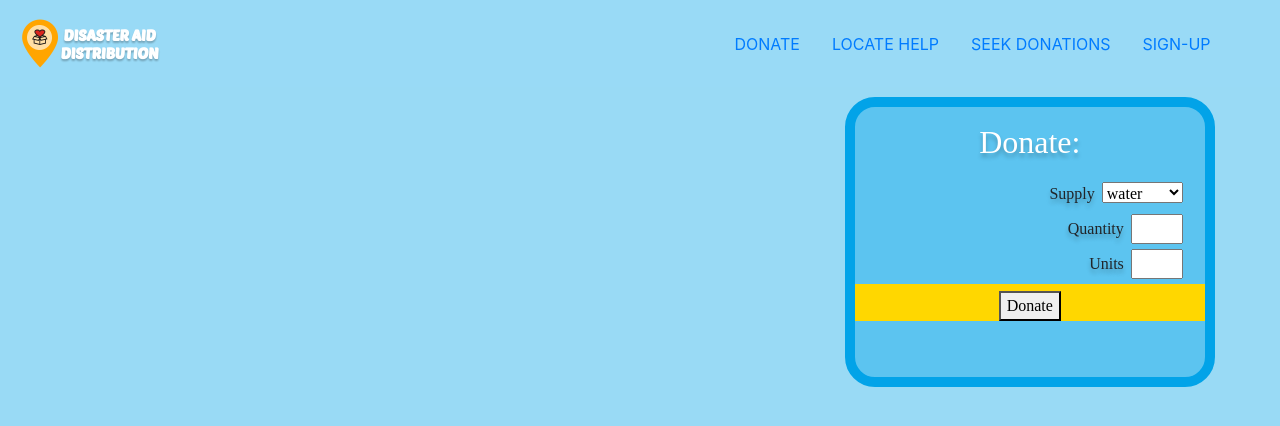
Repository: uprm-inso-4115-2019-2020-S2/semester-project-inso4115-DisasterAid-backend
Page: /donate-modal (app in disaster-aid/)
These files come from the project's save history. The page is drawn as it stood at one moment and after the next save; the edit follows.
The browser window is 1280 px wide. The pictures show the whole page.
The project was rebuilt for these pictures with package versions that can differ from the ones it lists, and the page was loaded fresh each time. Also part of the build but not shown: disaster-aid/angular.json, disaster-aid/src/app/login/login.component.ts, disaster-aid/src/app/register/register.component.ts, disaster-aid/src/app/home/home.component.ts, disaster-aid/src/app/landing-page/landing-page.component.ts, disaster-aid/src/app/donations/donations.component.ts, disaster-aid/src/app/donations.service.ts.

Above is the page before, as saved 2020-05-08 04:31:45.

### disaster-aid/src/index.html
<!doctype html>
<html lang="en">
<head>
  <meta charset="utf-8">
  <title>DisasterAid</title>
  <base href="/">
  <meta name="viewport" content="width=device-width, initial-scale=1">
  <link rel="icon" type="image/x-icon" href="favicon.ico">
</head>
<body>
  <app-root></app-root>
</body>
</html>

### disaster-aid/src/styles.css
/* You can add global styles to this file, and also import other style files */

html { background-color:rgba(2, 163, 232, 0.4); }

### disaster-aid/src/app/app.module.ts
import { BrowserModule } from '@angular/platform-browser';
import { NgModule } from '@angular/core';
import { FormsModule, ReactiveFormsModule } from '@angular/forms';



import { AppRoutingModule } from './app-routing.module';
import { AppComponent } from './app.component';
import { RegisterComponent } from './register/register.component';
import { LoginComponent } from './login/login.component';
import { HttpClientModule } from '@angular/common/http';
import { HomeComponent } from './home/home.component'
import { UserApiService } from './userapi.service';
import { LandingPageComponent } from './landing-page/landing-page.component';
import { DonationsComponent } from './donations/donations.component';


@NgModule({
  declarations: [
    AppComponent,
    RegisterComponent,
    LoginComponent,
    HomeComponent,
    LandingPageComponent,
    DonationsComponent,
  ],
  imports: [
    BrowserModule,
    AppRoutingModule,
    FormsModule,
    ReactiveFormsModule,
    HttpClientModule
  ],
  providers: [UserApiService],
  bootstrap: [AppComponent]
})
export class AppModule { }

### disaster-aid/src/app/app-routing.module.ts
import { NgModule } from '@angular/core';
import { Routes, RouterModule } from '@angular/router';
import {LoginComponent} from './login/login.component';
import { RegisterComponent } from './register/register.component';
import { HomeComponent } from './home/home.component';
import { LandingPageComponent } from './landing-page/landing-page.component';
import { DonationsComponent } from './donations/donations.component';
import { DonateModalComponent} from './donate-modal/donate-modal.component';


const routes: Routes = [
  { path: '', redirectTo: '/landing_page', pathMatch: 'full'}, //Make home the default landing page
  { path: 'register', component: RegisterComponent},
  { path: 'login', component: LoginComponent },
  { path: 'home', component: HomeComponent},
  { path: 'landing_page', component: LandingPageComponent },
  { path: 'my-donations', component: DonationsComponent },
  { path: 'donate-modal', component: DonateModalComponent},

];

@NgModule({
  imports: [RouterModule.forRoot(routes)],
  exports: [RouterModule]
})
export class AppRoutingModule { }

### disaster-aid/src/app/app.component.ts
import { Component } from '@angular/core';

@Component({
  selector: 'app-root',
  templateUrl: './app.component.html',
  styleUrls: ['./app.component.css']
})
export class AppComponent {
  title = 'disaster-aid';
}

### disaster-aid/src/app/userapi.service.ts
import { Injectable } from '@angular/core';
import { HttpClient, HttpErrorResponse, HttpHeaders } from '@angular/common/http';
import { User } from './user';
import { Observable, throwError } from 'rxjs';
import { catchError } from 'rxjs/operators';


@Injectable({
  providedIn: 'root'
})
export class UserApiService {

  constructor(private httpClient:HttpClient) { }

  private _handleError(error: HttpErrorResponse | any) {
    let data = {};
                data = {
                    reason: error && error.error.reason ? error.error.reason : '',
                    status: error.status
                };
                console.error(data);
                return throwError(error);
  }

    public server:String = " http://localhost:5000/";

   public getUsers() : Observable<User[]> {
     return this.httpClient
     .get<User[]>(this.server + "DAD/users")
     .pipe(catchError (this._handleError));
   }

   public getUser(userID : String): Observable<User> {
    return this.httpClient
    .get<User>(this.server + `DAD/users/${userID}`)
    .pipe(catchError (this._handleError));
  }

  public createUser(user: User): Observable<any> {

    const httpOptions = {
      headers: new HttpHeaders ({
        'Content-Type':'application/json',
        'Accept': 'application/json'
      })
    };
    return this.httpClient
    .post(this.server + "DAD/users", user, httpOptions)
    .pipe(catchError (this._handleError));;
  }


}

### disaster-aid/src/app/donate-modal/donate-modal.component.ts
import { Component, OnInit } from '@angular/core';

@Component({
  selector: 'app-donate-modal',
  templateUrl: './donate-modal.component.html',
  styleUrls: ['./donate-modal.component.css']
})
export class DonateModalComponent implements OnInit {

  constructor() { }

  ngOnInit(): void {
  }

}

### disaster-aid/src/app/donate-modal/donate-modal.component.html
<nav class="navbar navbar-light" style="background-color: rgba(2, 163, 232, 0.4);">
    <a class="navbar-brand mr-1" href="#"><img src="/assets/DAD_logo.png" style="width: 50%;"></a>
    <ul class="nav navbar-justified navbar-right ml-auto" style="margin-right: 3%;">
        <li class="nav-item">
            <a class="nav-link menuItem" routerLink="/my-donations"  >DONATE</a>
        </li>
        <li class="nav-item">
            <a class="nav-link menuItem"  href="#">LOCATE HELP</a>
        </li>
        <li class="nav-item">
            <a class="nav-link menuItem" href="#">SEEK DONATIONS</a>
        </li>
        <li class="nav-item">
            <a class="nav-link menuItem"  routerLink="/register" routerLinkActive="active">SIGN-UP</a>
        </li>
    </ul>
</nav>

<div class="donateBox">
    <p style="font-size: xx-large; text-align: center; padding-top: 3%; color: white;">Donate:</p>
    <!-- <form [formGroup]="loginForm" (ngSubmit)="onSubmit(loginForm.value)"> -->
        <div style="text-align: right; padding-right: 22px;">
            <div>
                <label for="Supply" style="padding-right: 7px;">Supply</label>
                <select id="supply" name="supply">
                    <option value="water">water</option>
                    <option value="food">food</option>
                    <option value="medicine">medicine</option>
                    <option value="clothing">clothing</option>

                </select>
            </div>
            <div>
                <label for="quantity" style="padding-right: 7px;">Quantity</label>
                <input type="number" id="quantity" name="quantity" min="1" max="5">
            </div>
            <div>
                <label for="units" style="padding-right: 7px;">Units</label>
                <input type="number" id="quantity" name="quantity" min="1" max="5">
            </div>
        </div>

        <div class="donateButton">
            <button class="button" type="submit">Donate</button>
        </div>
    <!-- </form> -->

    <!-- <div style="text-align: center; padding-top: 5px; font-size: large;">
        <label style="color: white; padding-right: 5px;">Don't have an account?</label>
        <a routerLink="/register" routerLinkActive="active" style="color:#FFBC40 ;">Sign up</a>
    </div> -->

</div>

### disaster-aid/src/app/donate-modal/donate-modal.component.css
.donateBox {
    position: absolute;
    width: 370px;
    height: 290px;
    left: 66%;
    top: 97px;
    background: rgba(2, 163, 232, 0.4);
    border: 10px solid #02A3E8;
    border-radius: 30px;
    font-family: 'Fredoka One', cursive;
    font-family: 'Gochi Hand', cursive;
    text-shadow: 0px 4px 4px rgba(0, 0, 0, 0.25);
}

.donateButton{
    text-align: center;
    padding-top: 7px;
    background: gold;
}

Loaded but not shown: disaster-aid/src/main.ts (common file); disaster-aid/src/environments/environment.ts (common file); disaster-aid/src/app/app.component.html (common file); disaster-aid/src/app/app.component.css (no stored copy; drawn as an empty file)

After the next save:
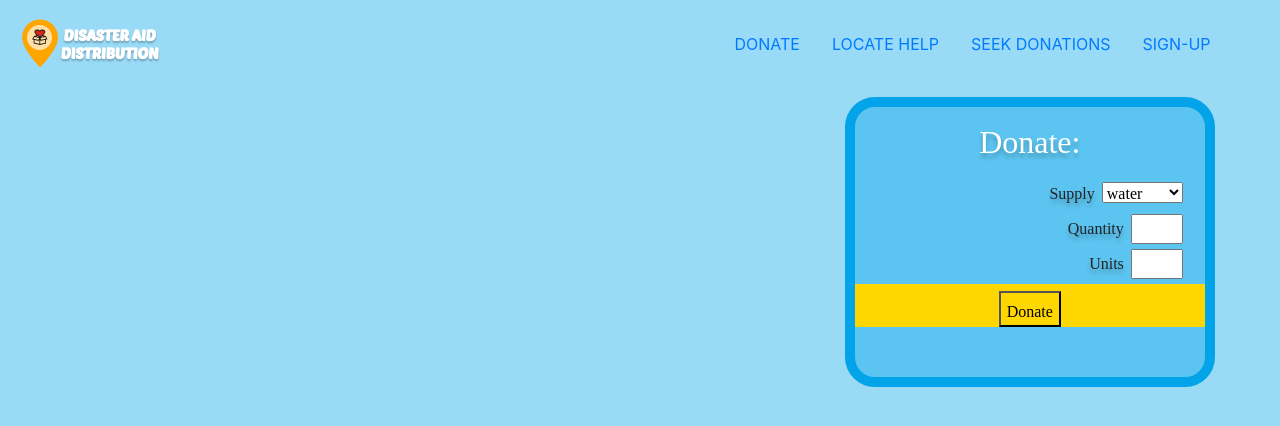
Saved 31 s later.
--- a/disaster-aid/src/app/donate-modal/donate-modal.component.html
+++ b/disaster-aid/src/app/donate-modal/donate-modal.component.html
@@ -41,7 +41,7 @@
         </div>
 
         <div class="donateButton">
-            <button class="button" type="submit">Donate</button>
+            <button class="donateButton" type="submit">Donate</button>
         </div>
     <!-- </form> -->
 
